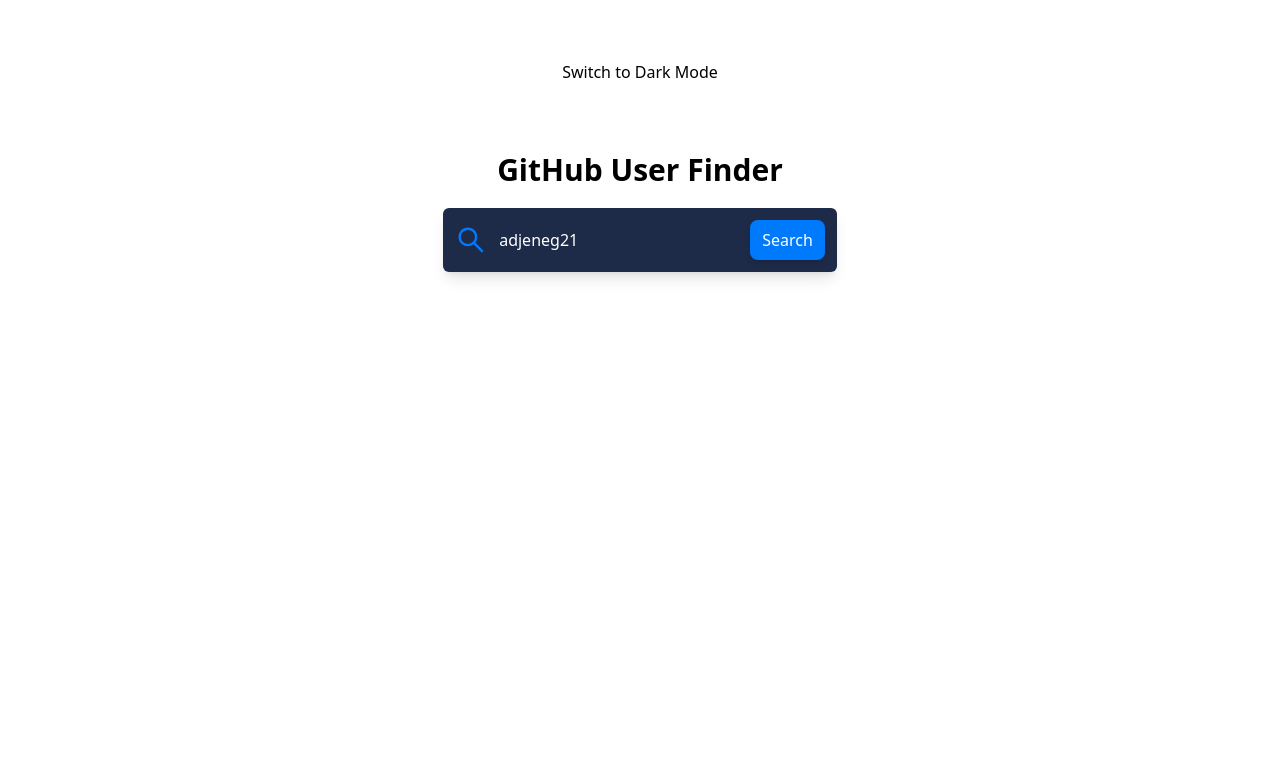
Repository: Gabriel221-dev/Git-Project
Page: /
An editor plug-in stored every save of this project. The page is shown before and after the next save, followed by the edit.
The browser window is 1280 px wide. The pictures show the whole page.
The page's requests for data from a server got no answer. The project was rebuilt for these pictures with package versions that can differ from the ones it lists, and the page was loaded fresh each time. No one was signed in, and anything a server would have sent is missing. Also part of the build but not shown: vite.config.js, src/components/Preview/Preview.jsx.

Above is the page before, as saved 2024-06-28 10:46:24.

### src/App.jsx
// import { useState } from "react";
// import "./App.css";
// import Search from "./components/Search/Search";
// import Preview from "./components/Preview/Preview";
// import DarkAndLightBtn from "./components/DarkAndLightBtn/DarkAndLightBtn";

// function App() {
//   const [data, setData] = useState({});
//   const [isLoading, setIsLoading] = useState(true);

//   return (
//     <div className="flex flex-col gap-5 h-screen w-full justify-center items-center bg-dark-bg">
//       <div>
//         <DarkAndLightBtn />
//         <Search setData={setData} setIsLoading={setIsLoading} />
//       </div>
//       <div>
//         <Preview
//           avatarUrl={data.avatar_url}
//           blog={data.blog}
//           email={data.email}
//           followers={data.followers}
//           following={data.following}
//           location={data.location}
//           login={data.login}
//           name={data.name}
//           public_repos={data.public_repos}
//           twitter={data.twitter}
//           isLoading={isLoading}
//           bio={data.bio}
//           joinedAt={data.created_at?.split("T")[0]}
//         />
//       </div>
//     </div>
//   );
// }

// export default App;

import { useState } from "react";
import "./App.css";
import Search from "./components/Search/Search";
import Preview from "./components/Preview/Preview";

function App() {
  const [data, setData] = useState(null);
  const [isLoading, setIsLoading] = useState(false);
  const [isDarkMode, setIsDarkMode] = useState(false);

  const toggleTheme = () => {
    setIsDarkMode((prevMode) => !prevMode);
  };

  return (
    <div
      className={`App ${
        isDarkMode ? "dark" : ""
      } min-h-screen flex flex-col items-center gap-5`}
    >
      <div
        className={`w-full p-5 ${
          isDarkMode
            ? "bg-dark-background text-dark-text"
            : "bg-light-background text-light-text"
        }`}
      >
        <button
          onClick={toggleTheme}
          className={`${
            isDarkMode
              ? "bg-dark-primary text-dark-text"
              : "bg-light-primary text-light-text"
          } p-2 rounded-md`}
        >
          Switch to {isDarkMode ? "Light" : "Dark"} Mode
        </button>
      </div>
      <h1 className="text-3xl font-bold mt-5">GitHub User Finder</h1>
      <Search setData={setData} setIsLoading={setIsLoading} />
      {data && (
        <Preview
          avatarUrl={data.avatar_url}
          name={data.name}
          login={data.login}
          public_repos={data.public_repos}
          followers={data.followers}
          following={data.following}
          location={data.location}
          blog={data.blog}
          twitter={data.twitter_username}
          email={data.email}
          isLoading={isLoading}
          bio={data.bio}
          joinedAt={new Date(data.created_at).toLocaleDateString()}
        />
      )}
    </div>
  );
}

export default App;

### src/App.css
#root {
  max-width: 1280px;
  margin: 0 auto;
  padding: 2rem;
  text-align: center;
}

.logo {
  height: 6em;
  padding: 1.5em;
  will-change: filter;
  transition: filter 300ms;
}
.logo:hover {
  filter: drop-shadow(0 0 2em #646cffaa);
}
/* .logo.react:hover {
  filter: drop-shadow(0 0 2em #61dafbaa);
} */

@keyframes logo-spin {
  from {
    transform: rotate(0deg);
  }
  to {
    transform: rotate(360deg);
  }
}

@media (prefers-reduced-motion: no-preference) {
  a:nth-of-type(2) .logo {
    animation: logo-spin infinite 20s linear;
  }
}

.card {
  padding: 2em;
}

.read-the-docs {
  color: #888;
}

### src/components/Search/Search.jsx
import React, { useEffect, useState } from "react";

function Search({ setData, setIsLoading }) {
  const [userName, setUserName] = useState("adjeneg21");
  const [error, setError] = useState("");
  const handleClick = async () => {
    setIsLoading(true);
    setError("");
    const data = await fetch(`https://api.github.com/users/${userName}`);
    if (!data.ok) {
      if (data.status === 404) {
        throw new Error("user not found");
      } else {
        throw new Error("something went wrong. Please try again");
      }
    }
    const userData = await data.json();
    setData(userData);
    setError(error.message);
    setIsLoading(false);
    console.log(userData);
  };

  useEffect(() => {
    handleClick();
  }, []);
  return (
    <div className="flex bg-dark-gray p-3 gap-5 rounded-md shadow-lg ">
      <div className="flex items-center gap-3">
        <span>
          {" "}
          <svg
            className="text-dark-blue"
            viewBox="0 0 1024 1024"
            fill="currentColor"
            height="2em"
            width="2em"
          >
            <path d="M909.6 854.5L649.9 594.8C690.2 542.7 712 479 712 412c0-80.2-31.3-155.4-87.9-212.1-56.6-56.7-132-87.9-212.1-87.9s-155.5 31.3-212.1 87.9C143.2 256.5 112 331.8 112 412c0 80.1 31.3 155.5 87.9 212.1C256.5 680.8 331.8 712 412 712c67 0 130.6-21.8 182.7-62l259.7 259.6a8.2 8.2 0 0011.6 0l43.6-43.5a8.2 8.2 0 000-11.6zM570.4 570.4C528 612.7 471.8 636 412 636s-116-23.3-158.4-65.6C211.3 528 188 471.8 188 412s23.3-116.1 65.6-158.4C296 211.3 352.2 188 412 188s116.1 23.2 158.4 65.6S636 352.2 636 412s-23.3 116.1-65.6 158.4z" />
          </svg>
        </span>
        <input
          className="bg-transparent outline-none text-white"
          value={userName}
          onChange={(e) => setUserName(e.target.value)}
          type="text"
          placeholder="Search Github Username..."
        />
      </div>
      <div>
        <button
          onClick={handleClick}
          className="bg-dark-blue rounded-lg px-3 py-2 text-white shadow-md "
        >
          Search
        </button>
      </div>
    </div>
  );
}

export default Search;

### tailwind.config.js
/** @type {import('tailwindcss').Config} */
export default {
  content: [
    "./index.html",
    "./src/**/*.{js,ts,jsx,tsx}",
  ],
  theme: {
    extend: {
      colors:{
        "dark-bg":"#141c2e",
        "dark-gray":"#1e2b48",
        "dark-blue":"#007afd",
        "light-green" : "#006400",
      }
    },
  },
  plugins: [],
}

Loaded but not shown: index.html (common file); src/main.jsx (common file); src/index.css (common file)

After the next save:
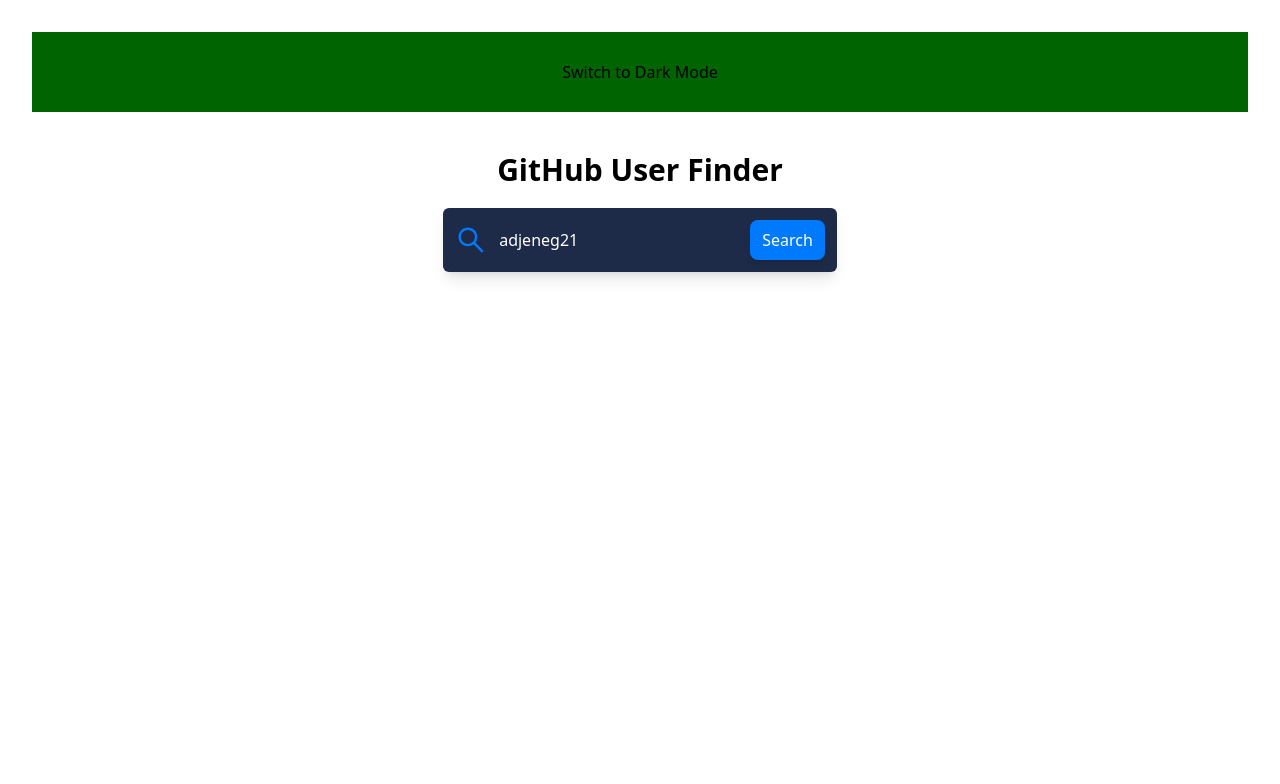
Saved 2 min 3 s later.
--- a/src/App.jsx
+++ b/src/App.jsx
@@ -61,7 +61,7 @@
         className={`w-full p-5 ${
           isDarkMode
             ? "bg-dark-background text-dark-text"
-            : "bg-light-background text-light-text"
+            : "bg-light-green text-light-text"
         }`}
       >
         <button
